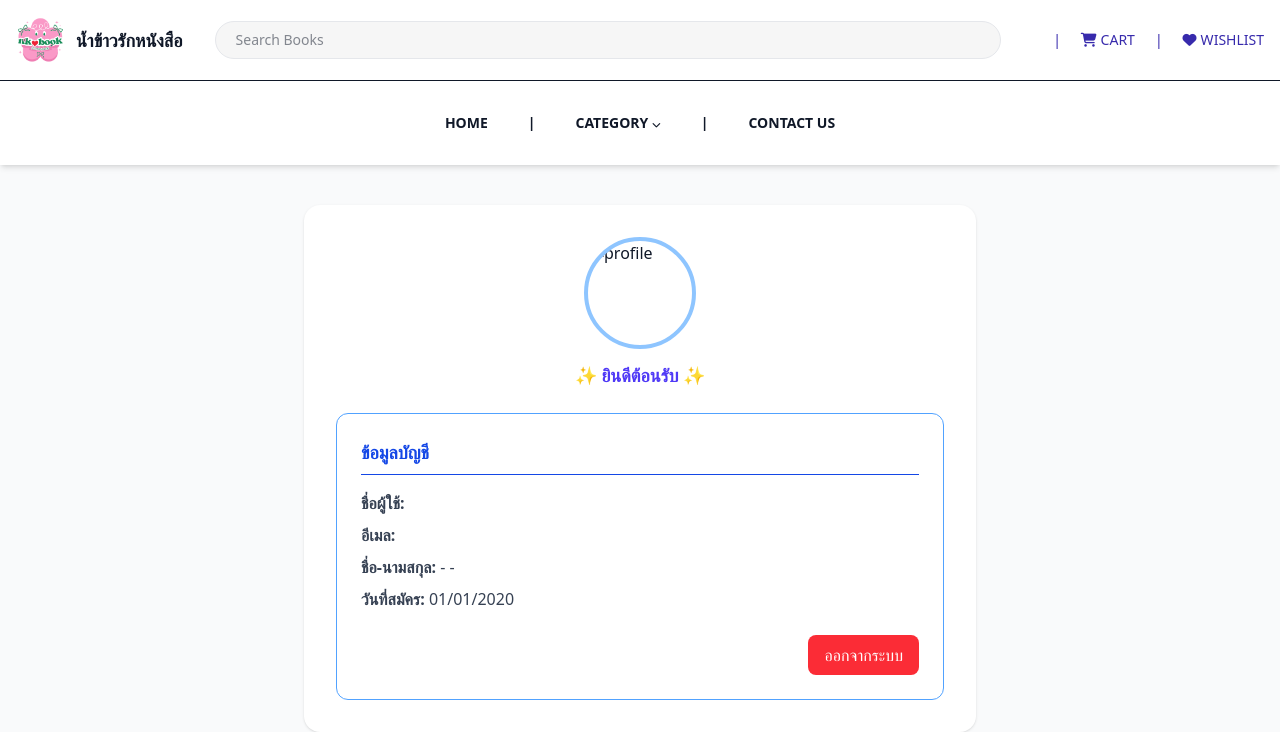
Repository: buratsakon0/NKLoveBook
Page: http://localhost/profile
The author's editor kept a copy of each file at every save. The page is drawn from the files as they stood at one save, then again after the next save.
The browser window is 1280 px wide. The pictures show the whole page.
The page is served by the project's Laravel application, run on PHP 8.4 with Laravel 12. A made-up administrator, Test User (test@example.com), is signed in. Style sheets and scripts are compiled from the project's sources, by tool versions that may differ from the author's. Queries for data that is not in the repository find no rows.

Above is the page before, as saved 2025-10-26 15:12:05.

After the next save:
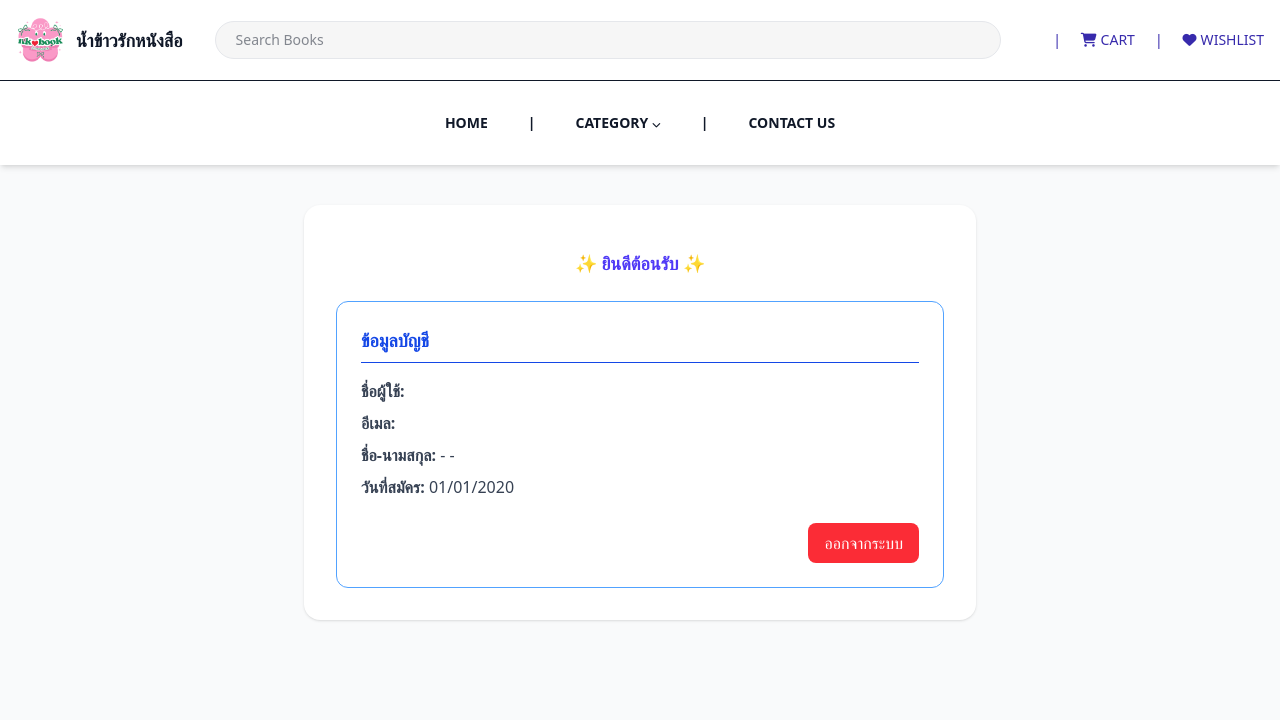
Saved 10 min 22 s later.
--- a/resources/views/profile.blade.php
+++ b/resources/views/profile.blade.php
@@ -3,8 +3,6 @@
 @section('content')
 <div class="max-w-2xl mx-auto mt-10 bg-white p-8 rounded-2xl shadow">
     <div class="flex flex-col items-center mb-6">
-        <img src="{{ asset('images/default-profile.jpg') }}"
-             alt="profile" class="w-28 h-28 rounded-full border-4 border-blue-300 object-cover">
         <h2 class="mt-3 text-lg text-indigo-600 font-semibold">✨ ยินดีต้อนรับ ✨</h2>
     </div>
 
